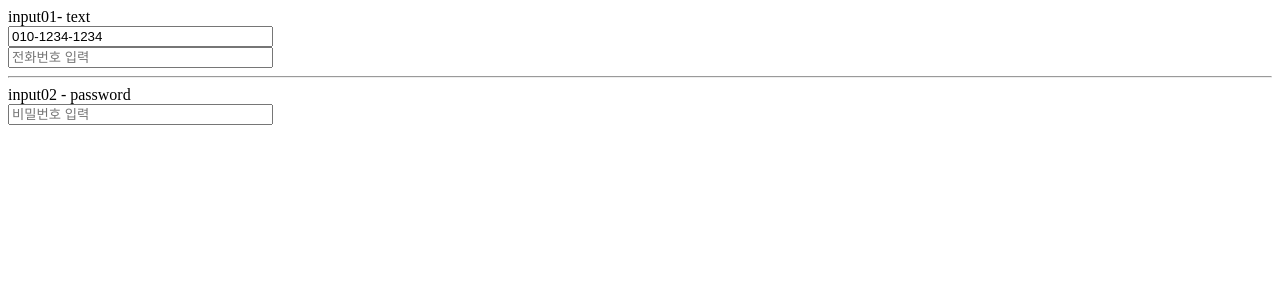
Repository: jjb5442/JSP
Page: 3Day/workspace/02_HTML_tutorial/src/main/webapp/08_Tutorial.html
An editor plug-in stored every save of this project. The page is shown before and after the next save, followed by the edit.
The browser window is 1280 px wide. The pictures show the whole page.

Above is the page before, as saved 2022-05-14 03:17:11.

After the next save:
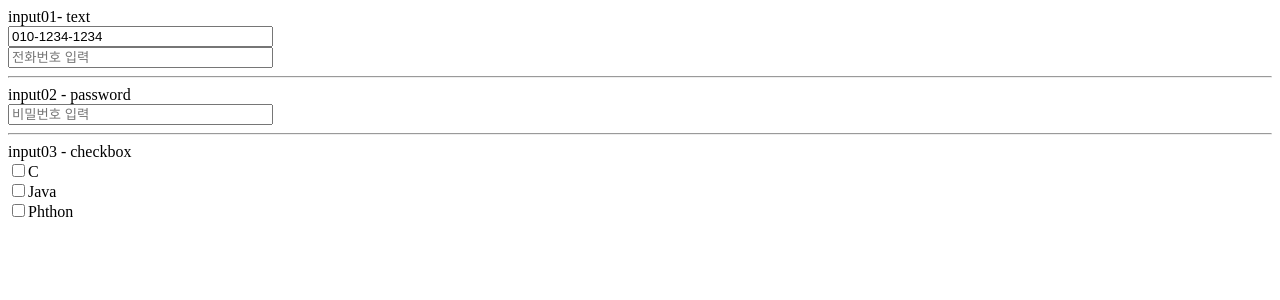
Saved 2 min 11 s later.
--- a/3Day/workspace/02_HTML_tutorial/src/main/webapp/08_Tutorial.html
+++ b/3Day/workspace/02_HTML_tutorial/src/main/webapp/08_Tutorial.html
@@ -19,5 +19,11 @@
 	input02 - password<br/>
 	<!-- password : 비밀번호 입력 타입 -->
 	<input type="password" size="30" maxlength="20" placeholder="비밀번호 입력"><br/>
+	<hr/>
+
+	input03 - checkbox<br/>
+	<input type="checkbox" value="C">C<br/>
+	<input type="checkbox" value="Java">Java<br/>
+	<input type="checkbox" value="Phthon">Phthon<br/>
 </body>
 </html>
